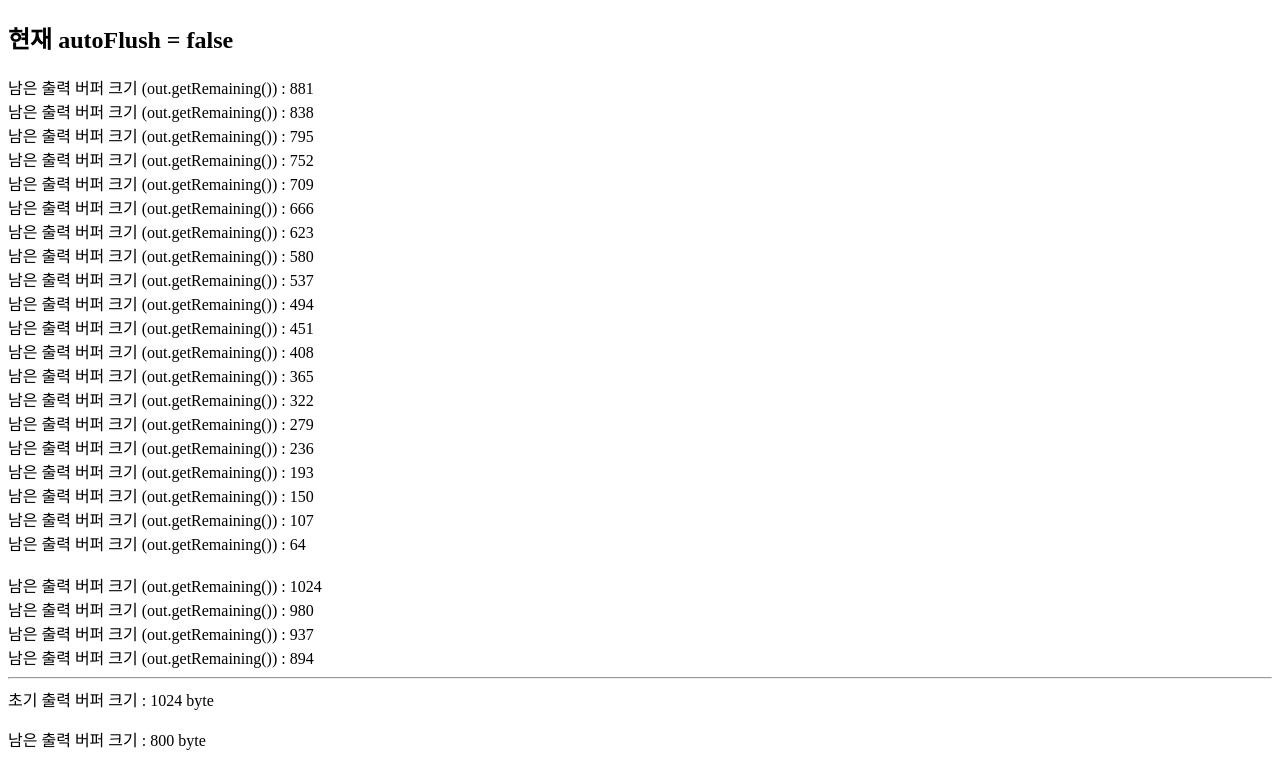
Repository: sunyeongan/Univ_lecture
Page: http://localhost/week7_work/out.jsp
These files come from the project's save history. The page is drawn as it stood at one moment and after the next save; the edit follows.
The browser window is 1280 px wide. The pictures show the whole page.
The page is served by Tomcat 9.

Above is the page before, as saved 2022-04-17 10:39:41.

After the next save:
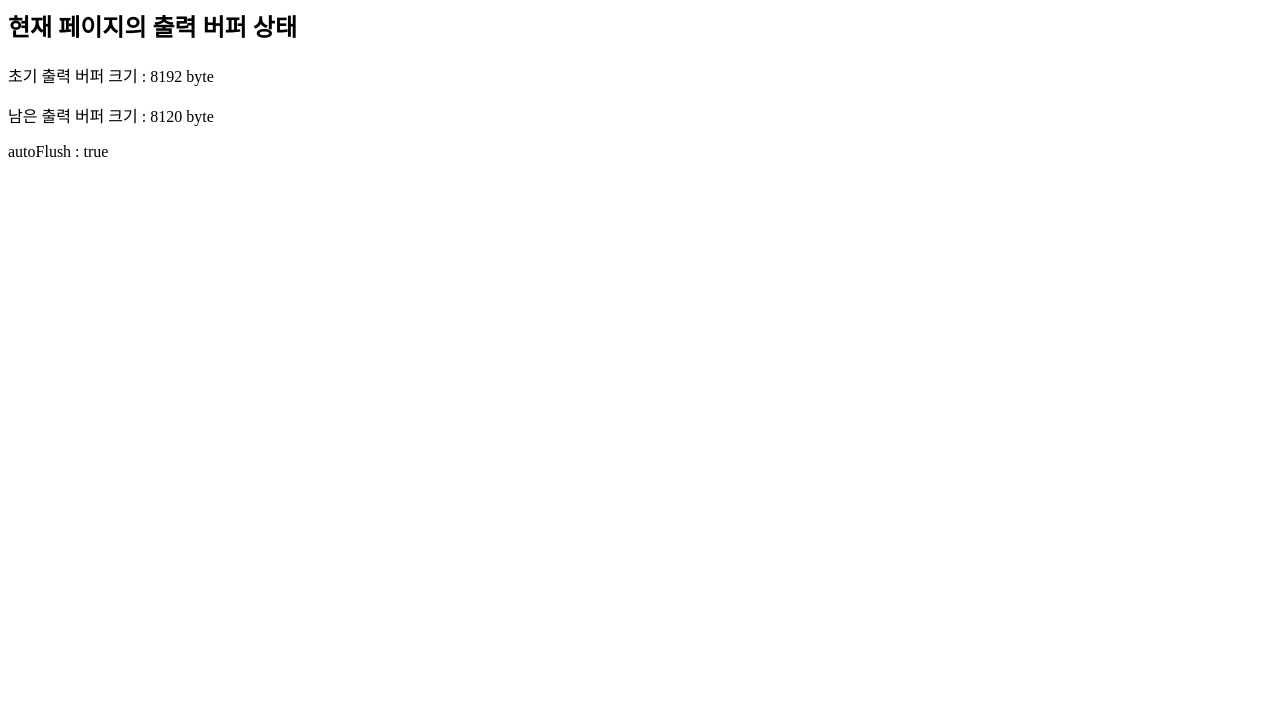
Saved 46 s later.
--- a/WebSever_2022/work/week7/week7_work/src/main/webapp/out.jsp
+++ b/WebSever_2022/work/week7/week7_work/src/main/webapp/out.jsp
@@ -4,23 +4,18 @@
 <html>
 <head>
 <meta charset="EUC-KR">
-<title>JSP 예제 autoflush.jsp</title>
+<title>JSP 예제 out.jsp</title>
 </head>
 <body>
-	<%@ page autoFlush="false" buffer="1kb" %>
 
-	<h2>현재 autoFlush = <%= out.isAutoFlush() %> </h2>
 	<%
-		for(int i = 1; i < 25; i++) {
-			out.println("남은 출력 버퍼 크기 (out.getRemaining()) : " + out.getRemaining() + "<br>");
-			if(out.getRemaining() < 50) {
-				out.println("<br>");
-				out.flush();
-			}
-		}
+		out.println("이 부분은 출력되지 않습니다.");
+		out.clear();
+
 	%>
-	<hr>
+	<h2>현재 페이지의 출력 버퍼 상태</h2>
 	초기 출력 버퍼 크기 : <%=out.getBufferSize() %> byte <p>
 	남은 출력 버퍼 크기 : <%=out.getRemaining() %> byte <p>
+	autoFlush : <%=out.isAutoFlush() %> <p>
 </body>
 </html>
